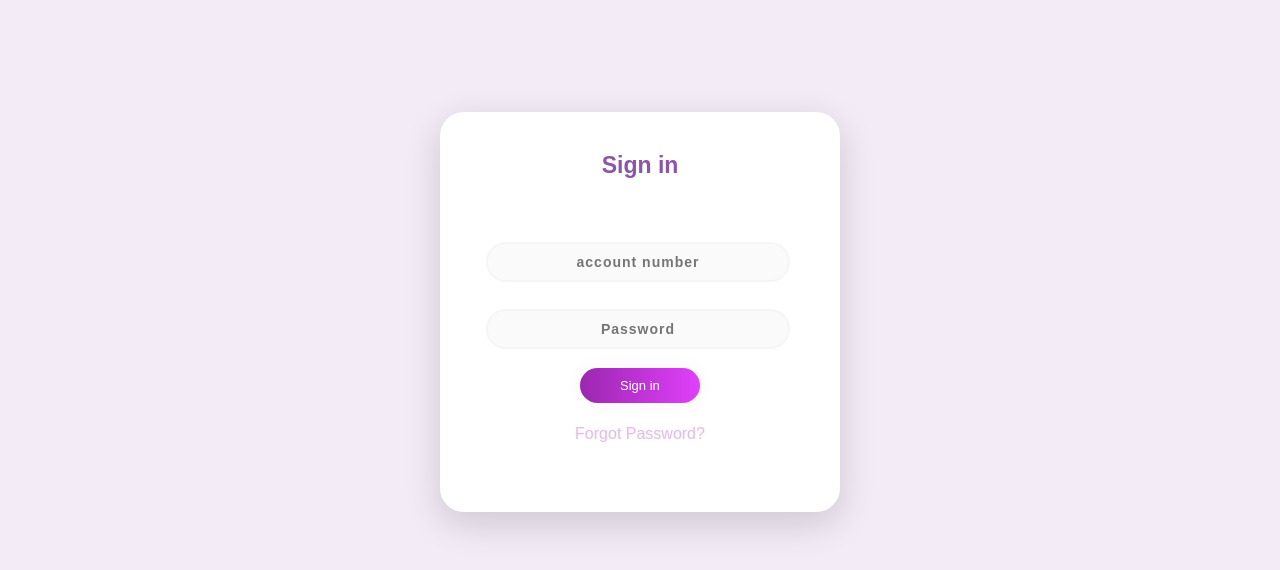
Repository: anujs099/bankingapp
Page: banking-application-final/WebContent/login.html
An editor plug-in stored every save of this project. The page is shown before and after the next save, followed by the edit.
The browser window is 1280 px wide. The pictures show the whole page.
Some web fonts or font styles are not loaded; a fallback is used.

Above is the page before, as saved 2021-03-05 19:21:10.

After the next save:
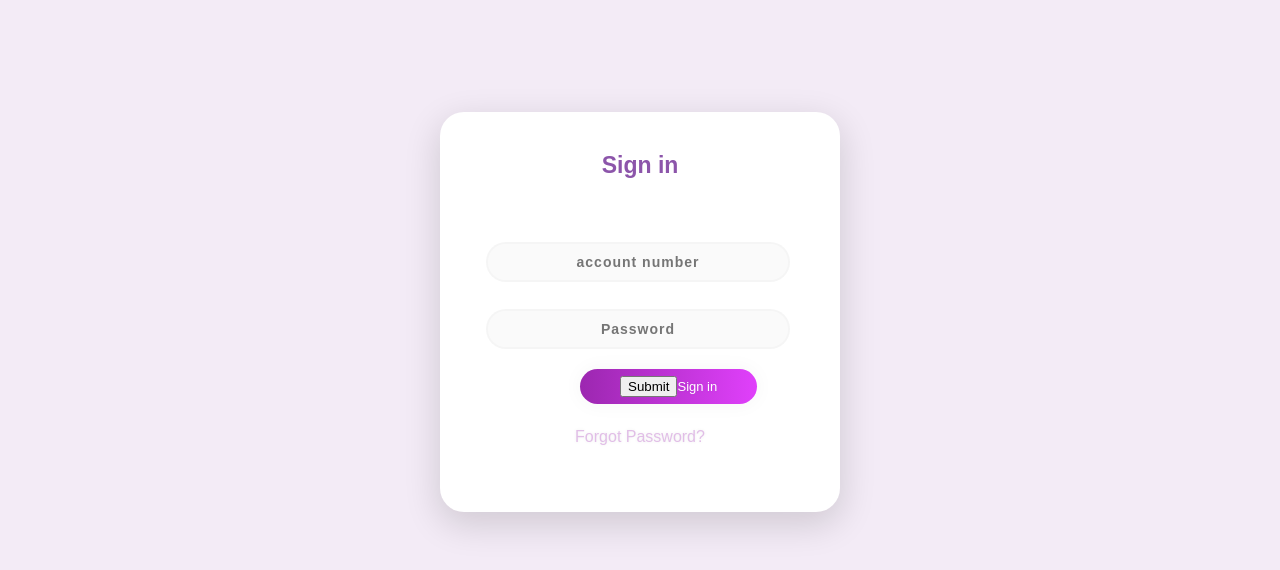
Saved 43 s later.
--- a/banking-application-final/WebContent/login.html
+++ b/banking-application-final/WebContent/login.html
@@ -20,7 +20,7 @@
     <form class="form1" action="loginservlet">
       <input class="un " type="text" align="center" placeholder="account number" name="account">
       <input class="pass" type="password" align="center" placeholder="Password" name="password">
-      <a class="submit" align="center">Sign in</a>
+      <a class="submit" align="center"><input type="submit">Sign in</a>
       <p class="forgot" align="center"><a href="#">Forgot Password?</p>
      </form>
     </div>
